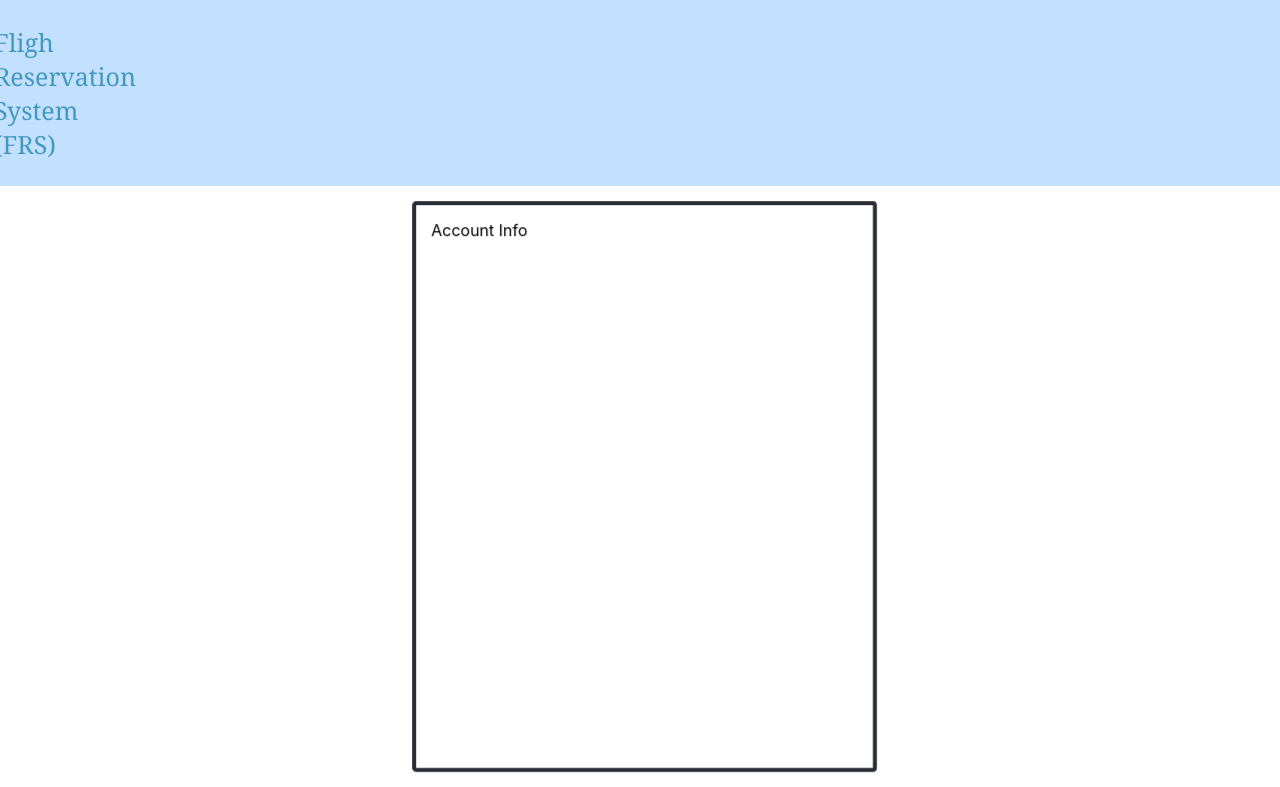
Repository: stephen-anaba/flight-reservation-system-prototype
Page: / (app in frontend/)
The author's editor kept a copy of each file at every save. The page is drawn from the files as they stood at one save, then again after the next save.
The browser window is 1280 px wide. The pictures show the whole page.
The project was rebuilt for these pictures with package versions that can differ from the ones it lists, and the page was loaded fresh each time.

Above is the page before, as saved 2026-05-08 12:05:16.

### frontend/src/App.tsx
"use clients";

import { useState } from 'react'
import MainPage from "./components/MainPage";

export default function App() {
  return (
    <MainPage />
  );
}

### frontend/src/components/MainPage.tsx
import './styles.css'


export default function MainPage() {
    return(
        <div>
            <div className='center-header'>
                <p className='header-text'> Fligh Reservation System (FRS)</p>
            </div>
            <div className='carousel'>
                <div className='carousel-slide-2'> </div>
                    <div className='carousel-slide'>
                        Account Info
                    </div>
                <div className='carousel-slide-2'></div>
            </div>
        </div>
    )
}

### frontend/src/components/styles.css
body {
    overflow-x: hidden;
}

.center-header {
    display: flex;
    flex-direction: column;
    justify-content: center;
    align-items: center;
    font-family: Georgia, 'Times New Roman', Times, serif;
    font-size: 25px;
    top: 0px;
    width: 100%;
    margin: 0px;
    padding: 0px;
    background-color: rgb(196, 224, 255);
    color: rgb(65, 152, 192);
}

.header-text {
    margin-right: 1150px;
}

/* The carousel class is designed to create a horizontal scrolling container for the game cards */
/* Method of this code was slightly modified but came from article by CSS-Tricks */
/* source: https://css-tricks.com/creating-scroll-based-animations-in-full-view/ */
.carousel {
  display: flex;
  overflow-x: auto;
  width: max(100%, 50vw);

  scroll-snap-type: x mandatory;
  scroll-behavior: smooth;
  scrollbar-width: none;
  overflow-y: hidden;
}

.carousel-slide {
  flex-shrink: 0;
  width: calc(100% / 3);
  aspect-ratio: .8;
  margin: 15px;
  padding: 15px;

  border-radius: 4px;
  border: 4px solid #292b35;

  scroll-snap-align: center;
  animation: slide;
  animation-timeline: view(inline);
}



@keyframes slide {
  45%, 100% {
    transform: scale(0.5);
    border-radius: 20px;
    filter: blur(4px) brightness(.8);
  }

  50% {
    transform: scale(1);
    border-radius: 4px;
    filter: none;
  }
}

/* End of carousel code */

/* Reused carousel slide but utilized only for empty cards for displaying */
/* The far left game when loading the webpage */
.carousel-slide-2 {
  flex-shrink: 0;
  width: calc(100% / 3);
  aspect-ratio: .8;
  margin: -15px;
  padding: 0px;

  scroll-snap-align: center;
}

Loaded but not shown: frontend/public/index.html (common file); frontend/src/index.tsx (common file); frontend/src/index.css (common file); frontend/src/reportWebVitals.ts (common file)

After the next save:
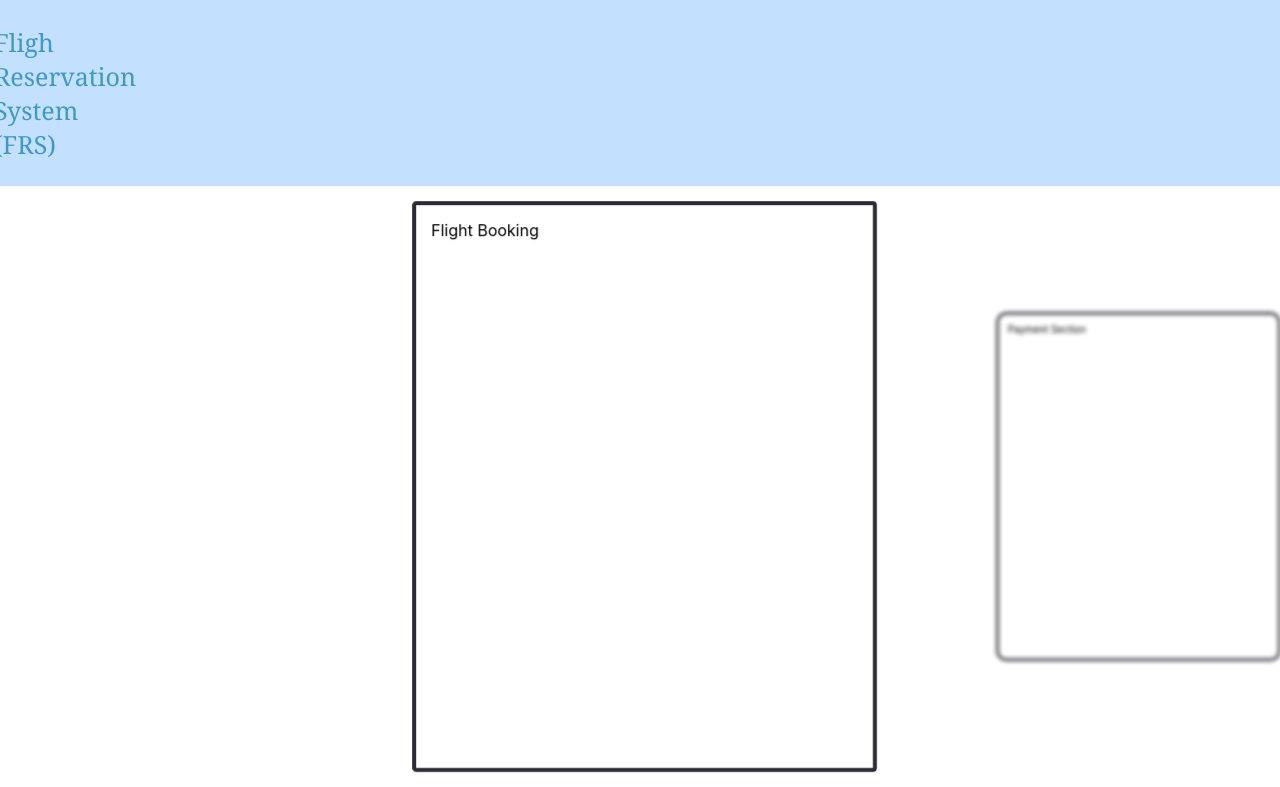
Saved 2 min 19 s later.
--- a/frontend/src/components/MainPage.tsx
+++ b/frontend/src/components/MainPage.tsx
@@ -10,6 +10,15 @@ export default function MainPage() {
             <div className='carousel'>
                 <div className='carousel-slide-2'> </div>
                     <div className='carousel-slide'>
+                        Flight Booking
+                    </div>
+                    <div className='carousel-slide'>
+                        Payment Section
+                    </div>
+                    <div className='carousel-slide'>
+                        Notifications
+                    </div>
+                    <div className='carousel-slide'>
                         Account Info
                     </div>
                 <div className='carousel-slide-2'></div>
